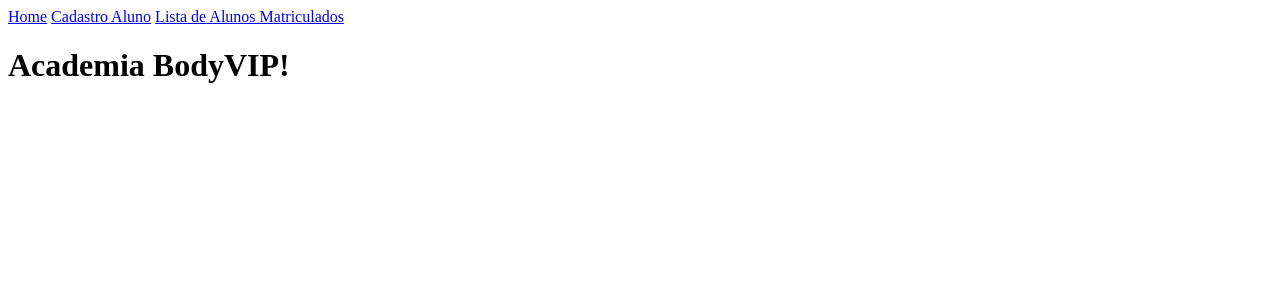
Repository: Thais-Ferreira/Projeto_bodyVIP
Page: http://localhost/BodyVIP/home.jsp
The author's editor kept a copy of each file at every save. The page is drawn from the files as they stood at one save, then again after the next save.
The browser window is 1280 px wide. The pictures show the whole page.
The page is served by Tomcat 9. Other server files are loaded and not shown.

Above is the page before, as saved 2017-06-18 22:38:23.

### BodyVIP/WebContent/home.jsp
<%@ page language="java" contentType="text/html; charset=ISO-8859-1"
    pageEncoding="ISO-8859-1"%>
<!DOCTYPE html PUBLIC "-//W3C//DTD HTML 4.01 Transitional//EN" "http://www.w3.org/TR/html4/loose.dtd">
<html>
<head>
	<meta http-equiv="Content-Type" content="text/html; charset=ISO-8859-1">
	<title>Página Inicial</title>
</head>
<body>
	<jsp:include page="cabecalho.jsp"></jsp:include>
	<h1>Academia BodyVIP!</h1>
</body>
</html>

### BodyVIP/WebContent/cabecalho.jsp
<%@ page language="java" contentType="text/html; charset=ISO-8859-1"
    pageEncoding="ISO-8859-1"%>
<!DOCTYPE html PUBLIC "-//W3C//DTD HTML 4.01 Transitional//EN" "http://www.w3.org/TR/html4/loose.dtd">
<html>
<head>
<meta http-equiv="Content-Type" content="text/html; charset=ISO-8859-1">
<title>Cabeçalho</title>
</head>
<body>
	<a href="home.jsp">Home</a>
	<a href="AlunoController?acao=cadastro">Cadastro Aluno</a>
	<a href="AlunoController?acao=buscaLista">Lista de Alunos Matriculados</a>
</body>
</html>

### BodyVIP/WebContent/css/style.css
@CHARSET "ISO-8859-1";

html
{ height: 100%;}

*
{ margin: 0;
  padding: 0;}

body
{ font: normal .80em 'trebuchet ms', arial, sans-serif;
  background: #FFF;
  color: #555;}

p
{ padding: 0 0 20px 0;
  line-height: 1.7em;}

img
{ border: 0;}

h1, h2, h3, h4, h5, h6
{ color: #E7746F;
  letter-spacing: 0em;
  padding: 0 0 5px 0;}

h1, h2, h3
{ font: normal 170% 'century gothic', arial;
  margin: 0 0 15px 0;
  padding: 15px 0 5px 0;}

h2
{ font-size: 160%;
  padding: 9px 0 5px 0;}

h3
{ font-size: 140%;
  padding: 5px 0 0 0;}

h4, h6
{ color: #009FBC;
  padding: 0 0 5px 0;
  font: normal 110% arial;
  text-transform: uppercase;}

h5, h6
{ color: #888;
  font: normal 95% arial;
  letter-spacing: normal;
  padding: 0 0 15px 0;}

a, a:hover
{ outline: none;
  text-decoration: underline;
  color: #009FBC;}

a:hover
{ text-decoration: none;}

blockquote
{ margin: 20px 0;
  padding: 10px 20px 0 20px;
  border: 1px solid #E5E5DB;
  background: #FFF;}

ul
{ margin: 2px 0 22px 17px;}

ul li
{ list-style-type: circle;
  margin: 0 0 6px 0;
  padding: 0 0 4px 5px;
  line-height: 1.5em;}

ol
{ margin: 8px 0 22px 20px;}

ol li
{ margin: 0 0 11px 0;}

.left
{ float: left;
  width: auto;
  margin-right: 10px;}

.right
{ float: right;
  width: auto;
  margin-left: 10px;}

.center
{ display: block;
  text-align: center;
  margin: 20px auto;}

#main, #logo, #menubar, #site_content, #footer
{ margin-left: auto;
  margin-right: auto;}

#header
{ background: #1d1d1d url(pattern.png) repeat;
  border-bottom: 2px solid #E7746F;
  height: 177px;}

#banner
{ background: transparent url(banner.jpg) no-repeat;
  width: 870px;
  height: 180px;
  margin-bottom: 20px;
  border: 5px solid #E7746F;}

#logo
{ width: 880px;
  position: relative;
  height: 140px;
  background: transparent;}

#logo #logo_text
{ position: absolute;
  top: 10px;
  left: 0;}

#logo h1, #logo h2
{ font: normal 300% 'century gothic', arial, sans-serif;
  border-bottom: 0;
  text-transform: none;
  margin: 0 0 0 9px;}

#logo_text h1, #logo_text h1 a, #logo_text h1 a:hover
{ padding: 22px 0 0 0;
  color: #FFF;
  letter-spacing: 0.1em;
  text-decoration: none;}

#logo_text h1 a .logo_colour
{ color: #E7746F;}

#logo_text a:hover .logo_colour
{ color: #FFF;}

#logo_text h2
{ font-size: 120%;
  padding: 4px 0 0 0;
  color: #FFF;}

#menubar
{ width: 880px;
  height: 46px;}

ul#menu
{ float: right;
  margin: 0;}

ul#menu li
{ float: left;
  padding: 0 0 0 9px;
  list-style: none;
  margin: 1px 2px 0 0;
  background: transparent;}

ul#menu li a
{ font: normal 100% 'trebuchet ms', sans-serif;
  display: block;
  float: left;
  height: 20px;
  padding: 6px 35px 5px 28px;
  text-align: center;
  color: #FFF;
  text-decoration: none;
  background: transparent;}

ul#menu li.selected a
{ height: 20px;
  padding: 6px 35px 5px 28px;}

ul#menu li.selected
{ margin: 1px 2px 0 0;
  background: #E7746F;}

ul#menu li.selected a, ul#menu li.selected a:hover
{ background: #E7746F;
  color: #FFF;}

ul#menu li a:hover
{ color: #FFF;
  background: #E7746F;}

#site_content
{ width: 880px;
  overflow: hidden;
  margin: 20px auto 0 auto;
  padding: 0 0 10px 0;}

#sidebar_container
{ float: right;
  width: 224px;}

.sidebar_top
{ width: 222px;
  height: 14px;
  background: transparent url(side_top.png) no-repeat;}

.sidebar_base
{ width: 222px;
  height: 14px;
  background: url(side_base.png) no-repeat;}

.sidebar
{ float: right;
  width: 222px;
  padding: 0;
  margin: 0 0 16px 0;}

.sidebar_item
{ background: url(side_back.png) repeat-y;
  padding: 0 15px;
  width: 192px;}

.sidebar li a.selected
{ color: #444;}

.sidebar ul
{ margin: 0;}

#content
{ text-align: left;
  width: 620px;
  padding: 0 0 0 5px;
  float: left;}

#content ul
{ margin: 2px 0 22px 0px;}

#content ul li, .sidebar ul li
{ list-style-type: none;
  background: url(bullet.png) no-repeat;
  margin: 0 0 0 0;
  padding: 0 0 4px 25px;
  line-height: 1.5em;}

#footer
{ width: 100%;
  font-family: 'trebuchet ms', sans-serif;
  font-size: 100%;
  height: 80px;
  padding: 28px 0 5px 0;
  text-align: center;
  background: transparent url(pattern.png) repeat;
  border-top: 2px solid #E7746F;
  color: #FFF;}

#footer p
{ line-height: 1.7em;
  padding: 0 0 10px 0;}

#footer a
{ color: #E7746F;
  text-decoration: none;}

#footer a:hover
{ color: #FFF;
  text-decoration: none;}

.search
{ color: #5D5D5D;
  border: 1px solid #BBB;
  width: 134px;
  padding: 4px;
  font: 100% arial, sans-serif;}

.form_settings
{ margin: 15px 0 0 0;}

.form_settings p
{ padding: 0 0 4px 0;}

.form_settings span
{ float: left;
  width: 200px;
  text-align: left;}

.form_settings input, .form_settings textarea
{ padding: 5px;
  width: 299px;
  font: 100% arial;
  border: 1px solid #E5E5DB;
  background: #FFF;
  color: #47433F;}

.form_settings .submit
{ font: 100% arial;
  border: 0;
  width: 99px;
  margin: 0 0 0 212px;
  height: 33px;
  padding: 2px 0 3px 0;
  cursor: pointer;
  background: #E7746F;
  color: #FFF;}

.form_settings textarea, .form_settings select
{ font: 100% arial;
  width: 299px;}

.form_settings select
{ width: 310px;}

.form_settings .checkbox
{ margin: 4px 0;
  padding: 0;
  width: 14px;
  border: 0;
  background: none;}

.separator
{ width: 100%;
  height: 0;
  border-top: 1px solid #D9D5CF;
  border-bottom: 1px solid #FFF;
  margin: 0 0 20px 0;}

table
{ margin: 10px 0 30px 0;}

table tr th, table tr td
{ background: #E7746F;
  color: #FFF;
  padding: 7px 4px;
  text-align: left;}

table tr td
{ background: #E5E5DB;
  color: #47433F;
  border-top: 1px solid #FFF;}

After the next save:
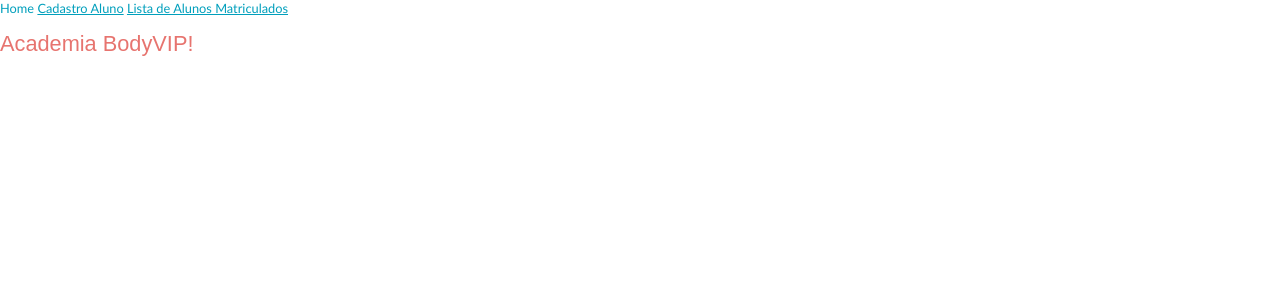
Saved 55 s later.
--- a/BodyVIP/WebContent/home.jsp
+++ b/BodyVIP/WebContent/home.jsp
@@ -4,7 +4,8 @@
 <html>
 <head>
 	<meta http-equiv="Content-Type" content="text/html; charset=ISO-8859-1">
-	<title>Página Inicial</title>
+	<link rel="stylesheet" type="text/css" href="css/style.css" />
+	<title>Home</title>
 </head>
 <body>
 	<jsp:include page="cabecalho.jsp"></jsp:include>
